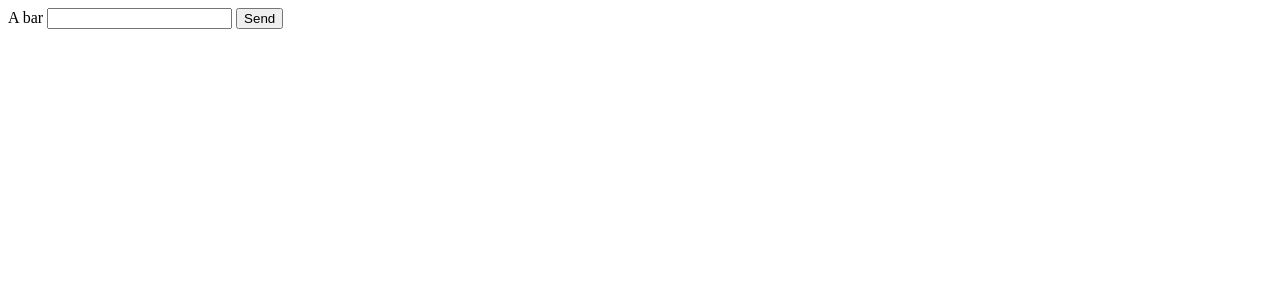
Repository: NeroVanbiervliet/newbeurs-web-terminated
Page: BeursWebApp/WebContent/test2.html
These files come from the project's save history. The page is drawn as it stood at one moment and after the next save; the edit follows.
The browser window is 1280 px wide. The pictures show the whole page.
Some web libraries are served in a nearby version.

Above is the page before, as saved 2015-09-02 07:47:33.

### BeursWebApp/WebContent/test2.html
<form id="foo">
    <label for="bar">A bar</label>
    <input id="bar" name="bar" type="text" value="" />

    <input type="submit" value="Send" />
</form>
<script src="http://code.jquery.com/jquery-1.9.1.js"></script>

<script>
//Variable to hold request
var request;

// Bind to the submit event of our form
$("#foo").submit(function(event){

    // Abort any pending request
    if (request) {
        request.abort();
    }
    // setup some local variables
    var $form = $(this);

    // Let's select and cache all the fields
    var $inputs = $form.find("input, select, button, textarea");

    // Serialize the data in the form
    var serializedData = $form.serialize();

    // Let's disable the inputs for the duration of the Ajax request.
    // Note: we disable elements AFTER the form data has been serialized.
    // Disabled form elements will not be serialized.
    $inputs.prop("disabled", true);

    // Fire off the request to /form.php
    request = $.ajax({
        url: "/launch_simulation.jsp",
        type: "post",
        data: serializedData
    });

    // Callback handler that will be called on success
    request.done(function (response, textStatus, jqXHR){
        // Log a message to the console
        alert("Hooray, it worked!");
    });

    // Callback handler that will be called on failure
    request.fail(function (jqXHR, textStatus, errorThrown){
        // Log the error to the console
        console.error(
            "The following error occurred: "+
            textStatus, errorThrown
        );
    });

    // Callback handler that will be called regardless
    // if the request failed or succeeded
    request.always(function () {
        // Reenable the inputs
        $inputs.prop("disabled", false);
    });

    // Prevent default posting of form
    event.preventDefault();
});
</script>

After the next save:
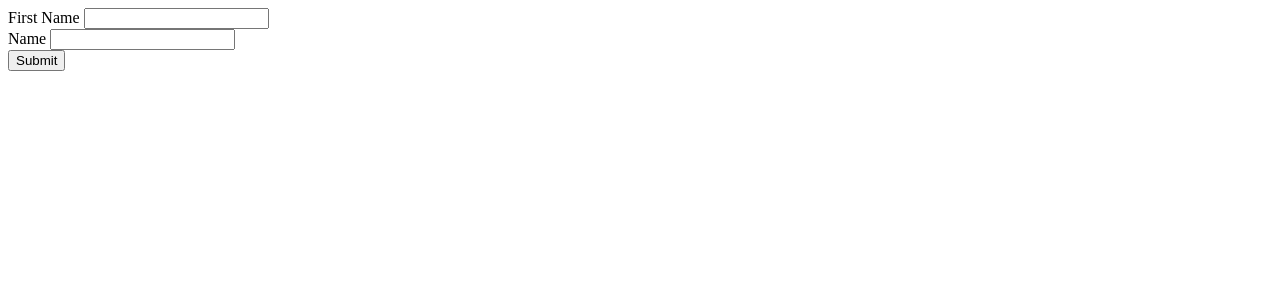
Saved 2 min 18 s later.
--- a/BeursWebApp/WebContent/test2.html
+++ b/BeursWebApp/WebContent/test2.html
@@ -1,66 +1,42 @@
-<form id="foo">
-    <label for="bar">A bar</label>
-    <input id="bar" name="bar" type="text" value="" />
+<!DOCTYPE html>
+<html>
+<head>
+  <script src="http://code.jquery.com/jquery-1.9.1.js"></script>
+</head>
+<body>
+    <form id="formoid" action="studentFormInsert.php" title="" method="post">
+        <div>
+            <label class="title">First Name</label>
+            <input type="text" id="name" name="name" >
+        </div>
+        <div>
+            <label class="title">Name</label>
+            <input type="text" id="name2" name="name2" >
+        </div>
+        <div>
+            <input type="submit" id="submitButton"  name="submitButton" value="Submit">
+        </div>
+ </form>
+<script type='text/javascript'>
+    /* attach a submit handler to the form */
+    $("#formoid").submit(function(event) {
 
-    <input type="submit" value="Send" />
-</form>
-<script src="http://code.jquery.com/jquery-1.9.1.js"></script>
+      /* stop form from submitting normally */
+      event.preventDefault();
 
-<script>
-//Variable to hold request
-var request;
+      /* get some values from elements on the page: */
+      var $form = $( this ),
+          url = $form.attr( 'action' );
 
-// Bind to the submit event of our form
-$("#foo").submit(function(event){
+      /* Send the data using post */
+      var posting = $.post( url, { name: $('#name').val(), name2: $('#name2').val() } );
 
-    // Abort any pending request
-    if (request) {
-        request.abort();
-    }
-    // setup some local variables
-    var $form = $(this);
+      /* Alerts the results */
+      posting.done(function( data ) {
+        alert('success');
+      });
+    });
+</script>
 
-    // Let's select and cache all the fields
-    var $inputs = $form.find("input, select, button, textarea");
-
-    // Serialize the data in the form
-    var serializedData = $form.serialize();
-
-    // Let's disable the inputs for the duration of the Ajax request.
-    // Note: we disable elements AFTER the form data has been serialized.
-    // Disabled form elements will not be serialized.
-    $inputs.prop("disabled", true);
-
-    // Fire off the request to /form.php
-    request = $.ajax({
-        url: "/launch_simulation.jsp",
-        type: "post",
-        data: serializedData
-    });
-
-    // Callback handler that will be called on success
-    request.done(function (response, textStatus, jqXHR){
-        // Log a message to the console
-        alert("Hooray, it worked!");
-    });
-
-    // Callback handler that will be called on failure
-    request.fail(function (jqXHR, textStatus, errorThrown){
-        // Log the error to the console
-        console.error(
-            "The following error occurred: "+
-            textStatus, errorThrown
-        );
-    });
-
-    // Callback handler that will be called regardless
-    // if the request failed or succeeded
-    request.always(function () {
-        // Reenable the inputs
-        $inputs.prop("disabled", false);
-    });
-
-    // Prevent default posting of form
-    event.preventDefault();
-});
-</script>
+</body>
+</html>
